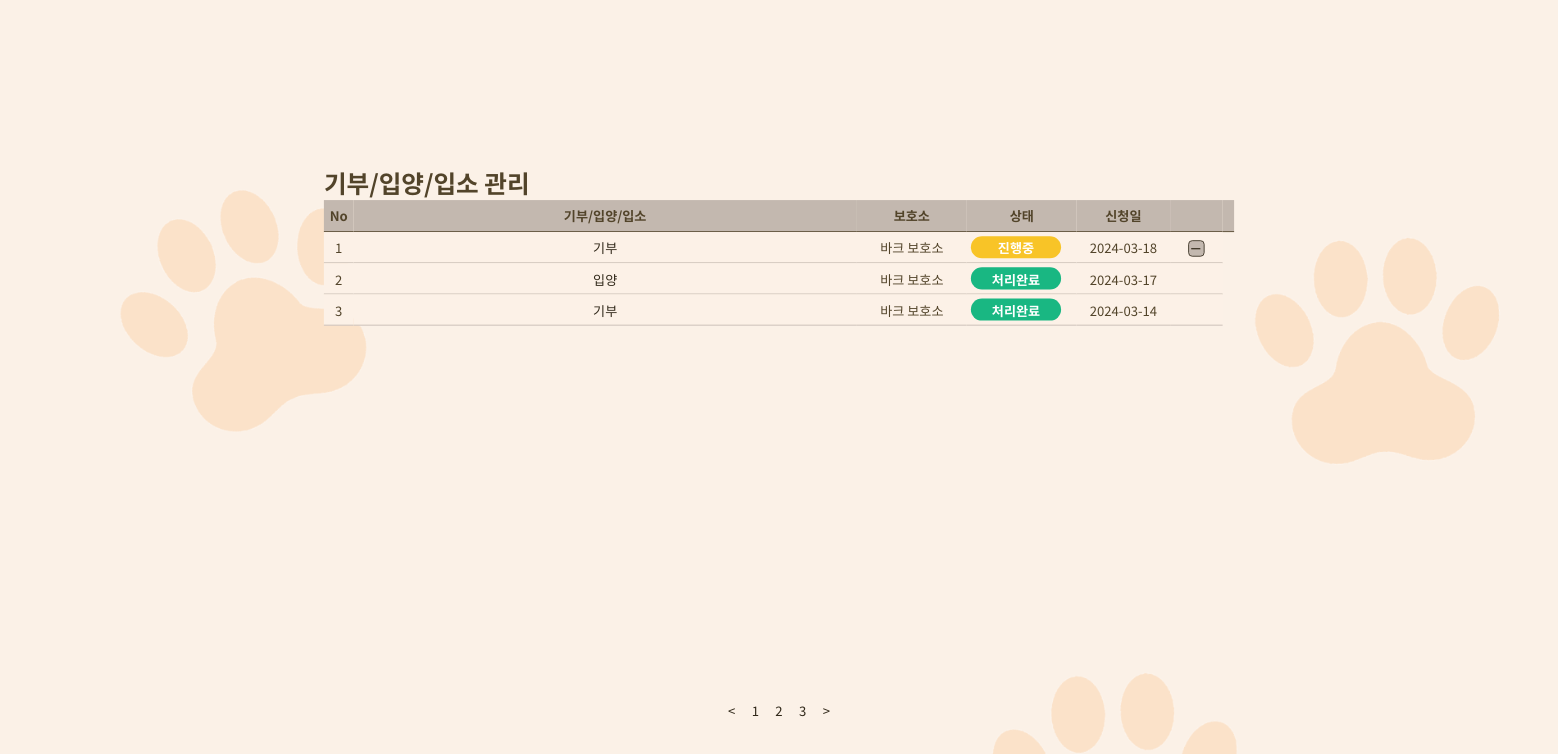
Repository: jngwk/Project-Bark
Page: http://localhost/Bark/include/userManageAppList.jsp
The author's editor kept a copy of each file at every save. The page is drawn from the files as they stood at one save, then again after the next save.
The browser window is 1280 px wide. The page is 1900 px wide, then 1280 px, so the pictures cover 1900 px, including what lies to the right of the window. The pictures show the whole page, at 82% of full size.
The page is served by Tomcat 9.

Above is the page before, as saved 2024-03-30 19:26:23.

After the next save:
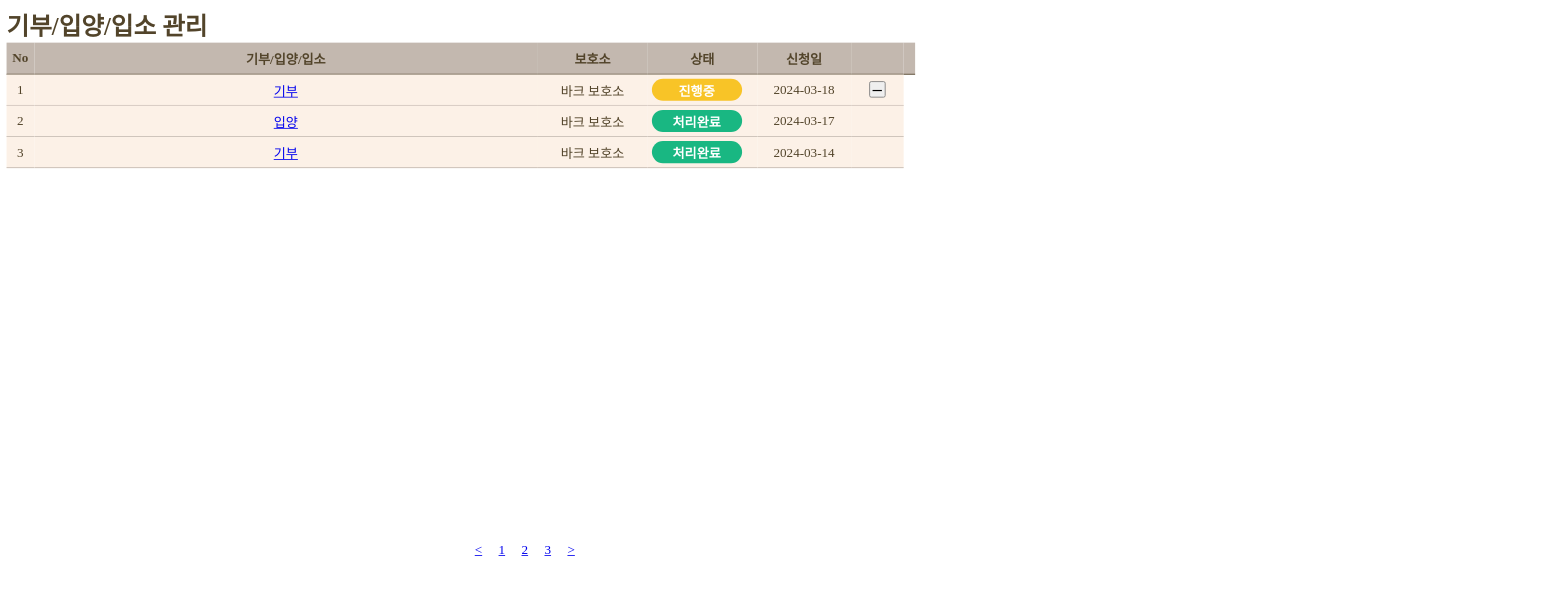
Saved 6 s later.
--- a/java_workspace/Bark/src/main/webapp/include/userManageAppList.jsp
+++ b/java_workspace/Bark/src/main/webapp/include/userManageAppList.jsp
@@ -8,7 +8,7 @@
     <meta name="viewport" content="width=device-width, initial-scale=1.0">
     <title>Document</title>
 	<c:set var="contextPath" value="${pageContext.request.contextPath }"/>
-    <link rel="stylesheet" href="${contextPath }/css/userManageApp.css">
+    <link rel="stylesheet" href="${contextPath }/css/userManageAppList.css">
 </head>
 <body>
     <div class="container">
